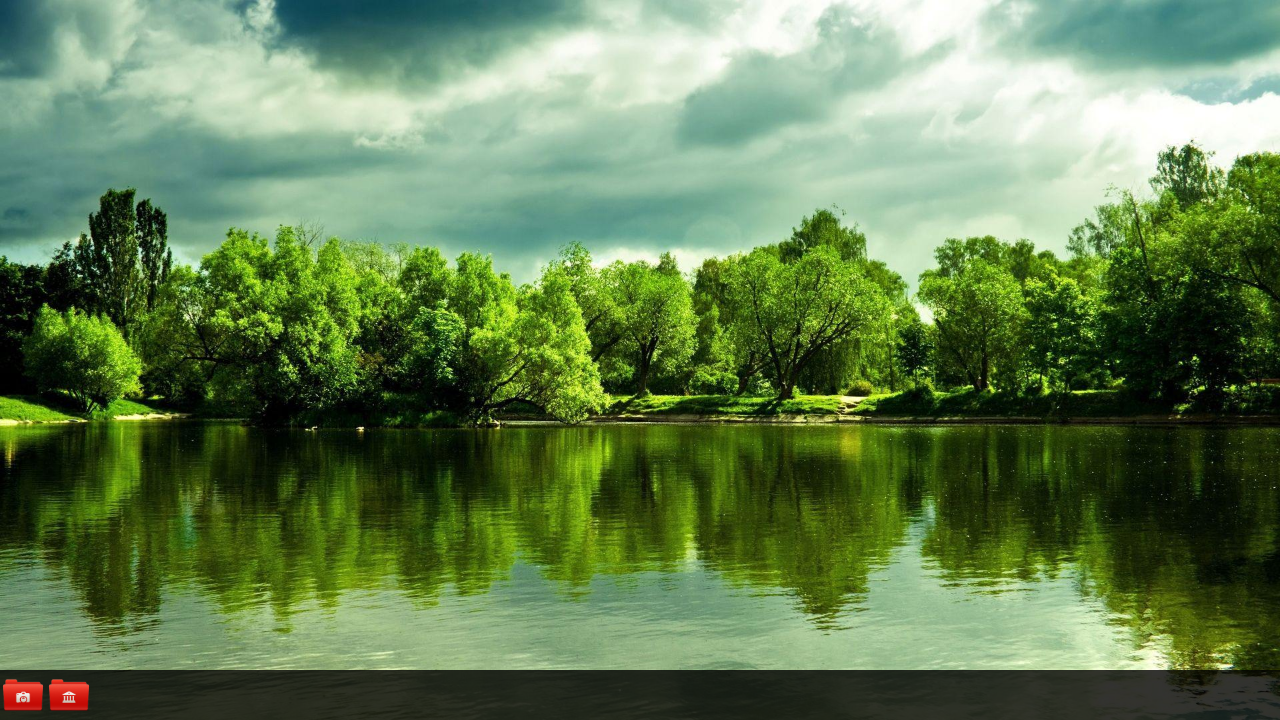
Repository: KevinUd2014/Kn222gn-laborations-Repo-1dv403
Page: 5-PWD-Projektet/Index.html
The author's editor kept a record of every edit. The page is drawn from the files as they stood at one moment, then again after the next edit.
The browser window is 1280 px wide. The pictures show the whole page.
The pointer rests on the first visible `.Appbar img`.

Above is the page before.

### 5-PWD-Projektet/Index.html
<!DOCTYPE html>
<html>
    <head>
        <meta charset="UTF-8" />
        <title>PWD Projektet</title>
        <link rel="stylesheet" type="text/css" href="Css.css" />
    </head>
    <body>

        <div class="Desktop">

            <template id="Template">

                <div class="Window">

                    <div class="Topbar">

                        <div class="Title">
                            You are here rigth now

                        </div class="WindowClose">

                        <img src="Pics/X.png"  alt="Close" class="closeIcon"/>

                    </div>

                    <div class="Inside">

                    </div>

                    <div class="BottomFrame">
                        Loading...
                    </div>

                </div>


            </template>

            </div>

            <div class="Appbar"></div>


            <script type="text/javascript" src="Script.js"></script>

        </body>

</html>

### 5-PWD-Projektet/Css.css
body, html
{
    padding:0;
    margin:0;
    width:100%;
    height:100%;

}
.Desktop
{
    width:100%;
    height:100%;
    background-image:URL(Pics/Background.jpg);
    background-size:cover;
    background-repeat:no-repeat;
}
.Appbar
{
    width:100%;
    Height:50px;
    background: rgb(0, 0, 0);
    background: rgba(0, 0, 0, 0.8);
    position:absolute;
    bottom:0px;
}
.Appbar img
{
        width:46px;
    height:46px;
}
.Appbar img:hover
{

}
.Window
{
    position:absolute;
    width:300px;
    height:400px;
    color:white;
    background: rgb(0, 0, 0); /* The Fallback - faller in om nu en webbläsare inte kan läsa transparnet och rgba format!*/  /*hittade på - http://css-tricks.com/rgba-browser-support/*/
    background: rgba(0, 0, 0, 0.6); /*anger färgen för rutan!*/
}
.Topbar
{
    height:35px;
    background: rgb(0, 0, 0);
    background: rgba(0, 0, 0, 0.8);
}
.Title
{
    float:left;
    /*margin-left:4%;*%
    /*text-align:center;*/
    color:white;
}
.WindowClose
{
    float:right;
}
.Inside
{
    height:330px;
    color:white;
    background: rgb(0, 0, 0);
    background: rgba(0, 0, 0, 0.4);
}
.BottomFrame
{
    height:35px;
    color:white;
    background: rgb(0, 0, 0);
    background: rgba(0, 0, 0, 0.8);
}

  ::selection {
  color:#F7F7F7;
  background: #D0458E; /* Denna gör det kompatibelt med WebKit/Blink webläsare så som safari och google! */
  }
  ::-moz-selection {
  color:#F7F7F7;
  background: #D0458E; /* Denna gör koden kompatibell med Gecko webläsare alltså mozilla! */
  }

### 5-PWD-Projektet/Script.js
"use strict";


window.onload = function()
{
    var desk = new Desktop();
    var startDiffrent = new Start(desk);

    startDiffrent.addApp("Gallery", "Pics/File1.png");
    startDiffrent.addApp("Memory", "Pics/File2.png");

};

/*Klass, Definition*/
function Desktop()
{
    this.element = document.querySelector(".Desktop");
}

/*Klass, Definition*/
function Window(desk, name)
{
    var template = document.querySelector("#Template");
    var windowTemplate = template.content.querySelector(".Window");
    var windowClone = windowTemplate.cloneNode(true);
    //desk.Desktop.appendChild(windowClone);
    var windowTitle = windowClone.querySelector(".Title");
    var closeButton = windowClone.querySelector(".closeIcon");
    var self = this;

    this.desk = desk;
    this.windowClone = windowClone;
    windowTitle.innerHTML = name;
    desk.element.appendChild(windowClone);

    closeButton.addEventListener("click", function ()
    {
        self.close();
    });
}

Window.prototype.close = function()
{
    this.desk.element.removeChild(this.windowClone);
};

Window.prototype.setPosition = function(x,y)  //gör om Css från javan och sätter så att x och y ändras i px
{
    this.windowClone.style.left = x + "px";
    this.windowClone.style.top = y + "px";
};

/*Klass, Definition*/
function Start(desk) //läger till iconerna i appbaren!
{
    this.element = document.querySelector(".Appbar");
    this.desk = desk;
    this.start = {x:0,y:0};
}
Start.prototype.addApp = function(name, url)  //fönstren ska flyttas 10 px varje gång dom upprepat öppnas!
{
    var image = document.createElement("img");
    image.src = url;
    var self = this;
    this.element.appendChild(image);

    image.addEventListener("click", function()
    {
        var windows = new Window(self.desk, name);
        self.start.x += 10;  //10px både på x och y axeln
        self.start.y += 10;
        windows.setPosition(self.start.x, self.start.y);
    });
},

/*Klass, Definition*/
function Icon()
{

};

After the next edit:
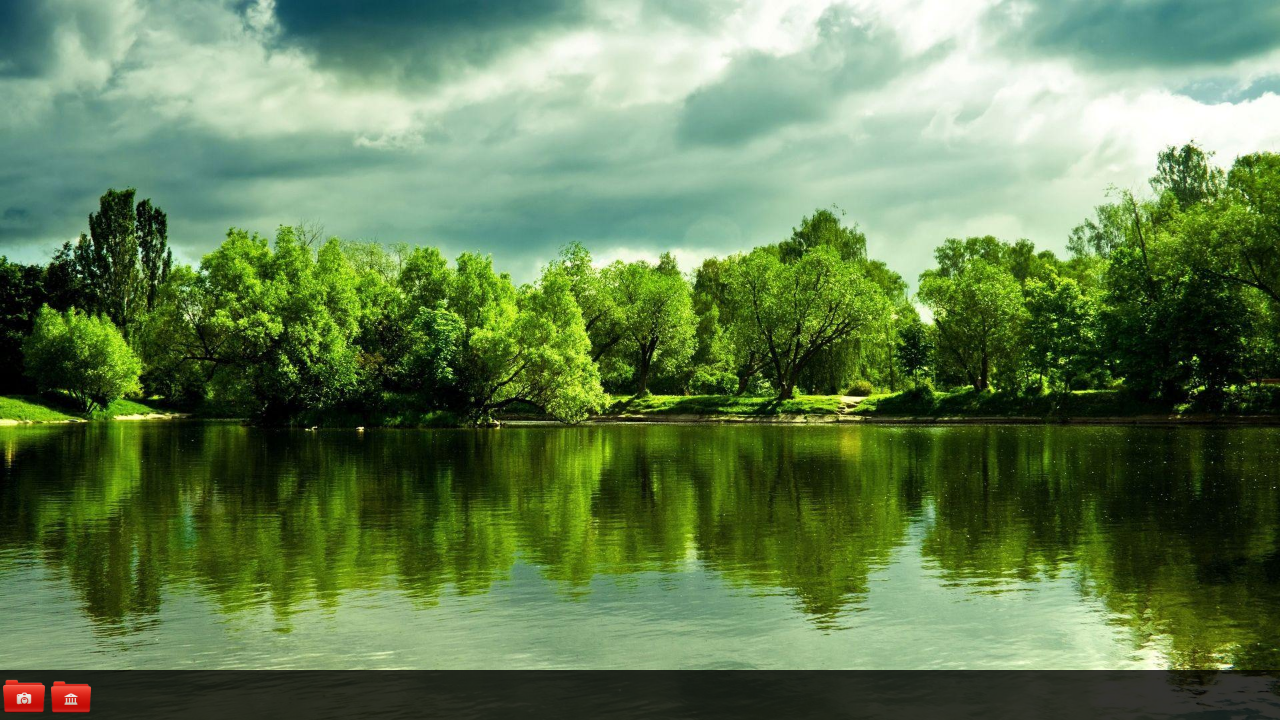
The edit:
--- a/5-PWD-Projektet/Css.css
+++ b/5-PWD-Projektet/Css.css
@@ -30,7 +30,8 @@
 }
 .Appbar img:hover
 {
-
+    width:48px;
+    height:48px;
 }
 .Window
 {

After the 2 edits that followed:
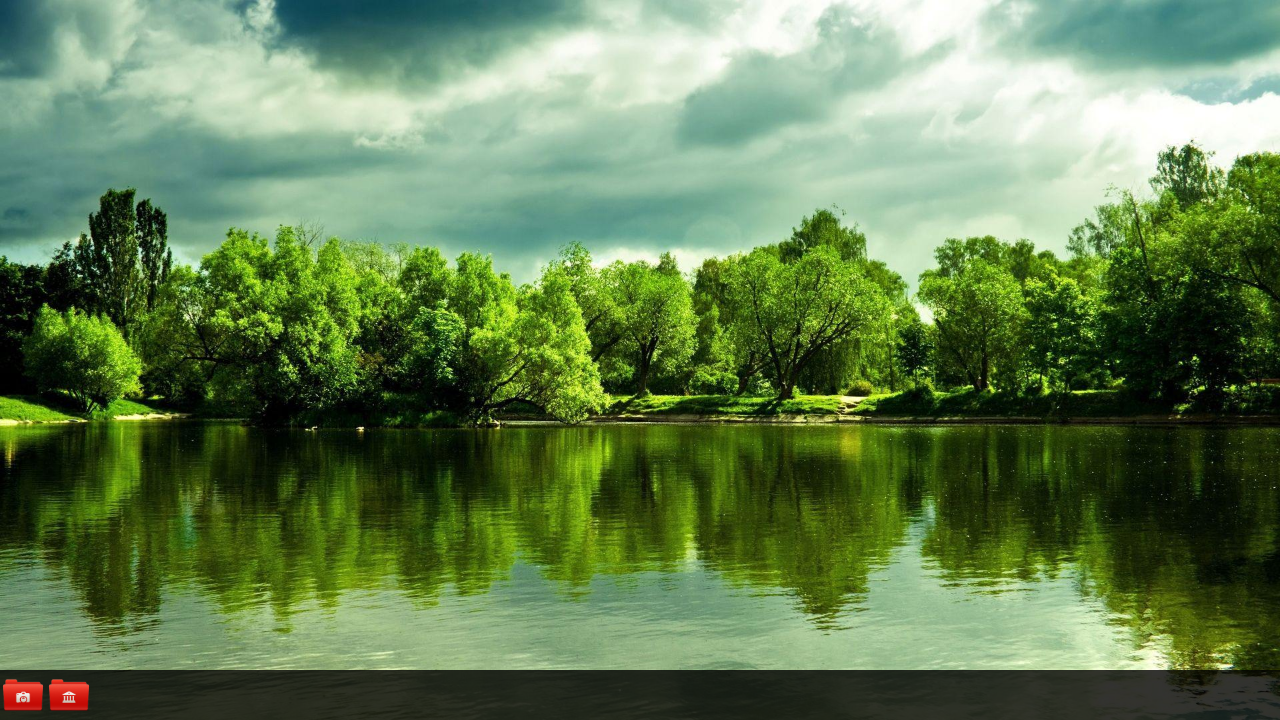
The 2 edits are shown as one change because 1 left the picture as it was.
The edit:
--- a/5-PWD-Projektet/Css.css
+++ b/5-PWD-Projektet/Css.css
@@ -25,13 +25,13 @@
 }
 .Appbar img
 {
-        width:46px;
+    width:46px;
     height:46px;
 }
 .Appbar img:hover
 {
-    width:48px;
-    height:48px;
+    width:46px;
+    height:46px;
 }
 .Window
 {
